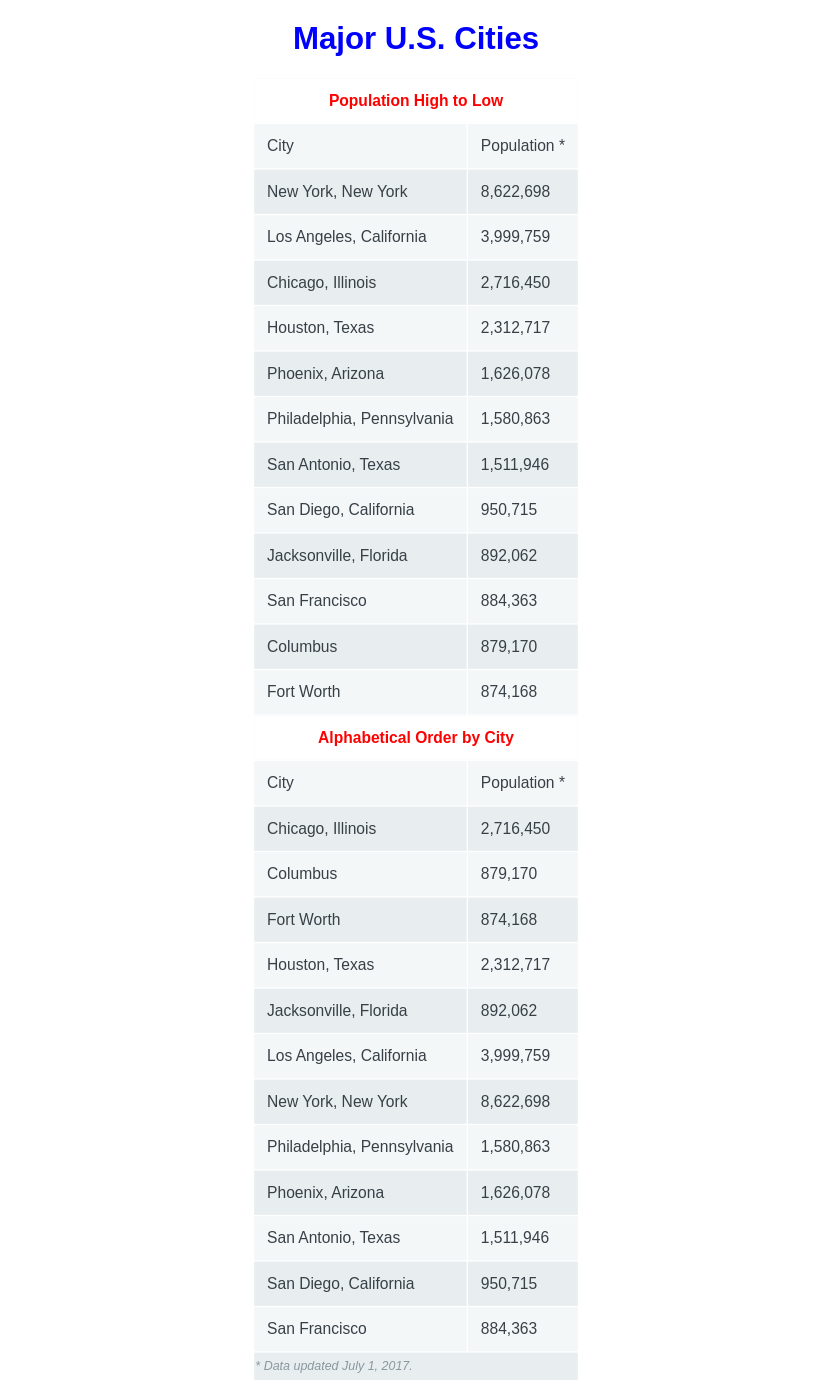
Repository: oduong1/COSW30
Page: http://localhost/homework/hw4/population_array.php
The author's editor kept a record of every edit. The page is drawn from the files as they stood at one moment, then again after the next edit.
The browser window is 1280 px wide. The pictures show the whole page, at 65% of full size.
Some web fonts or font styles are not loaded; a fallback is used. The page is run by PHP 8.4 with error messages shown; the project is at /var/www/html/.

Above is the page before.
Not found: homework/hw4/normalize.css

After the next edit:
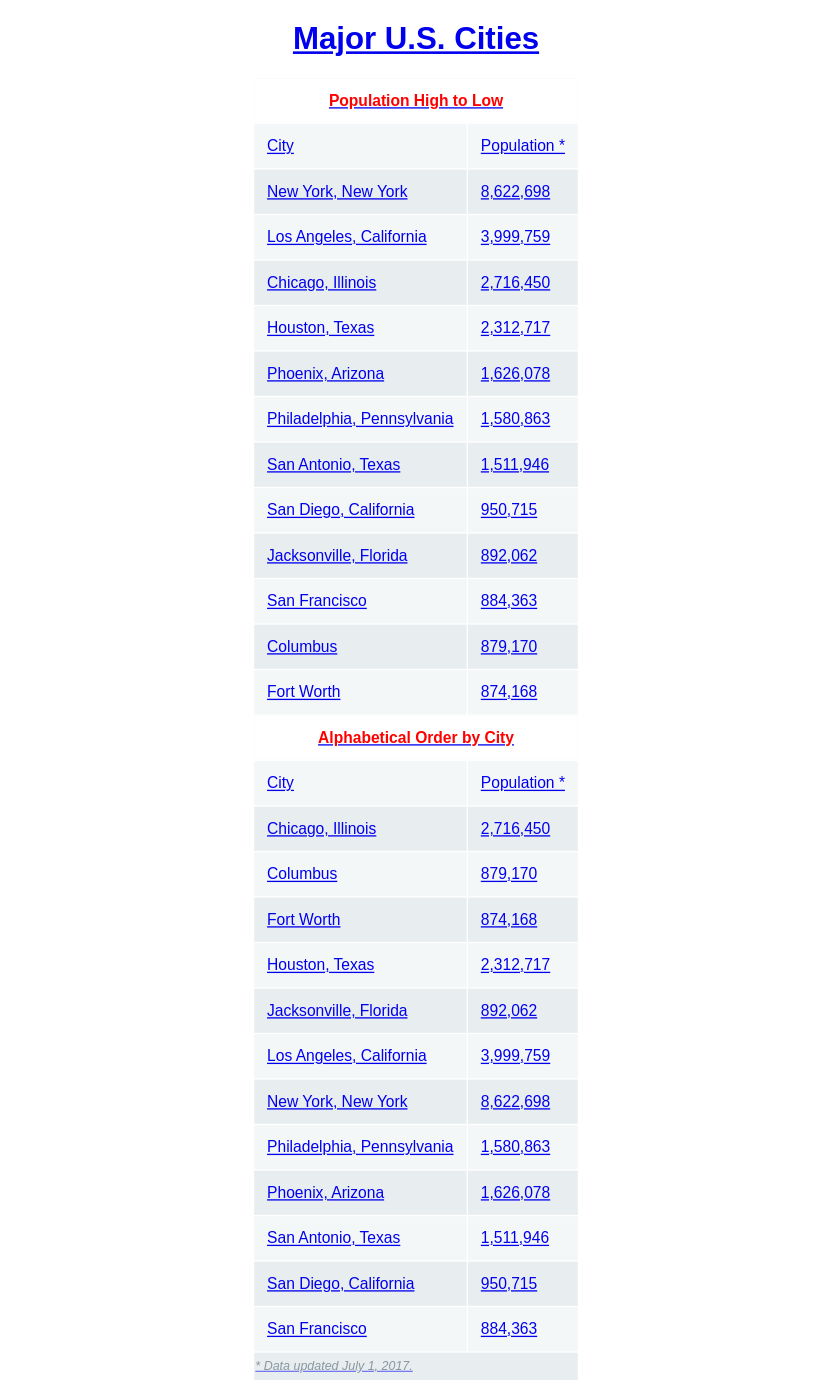
The edit:
--- a/homework/hw4/population_array.php
+++ b/homework/hw4/population_array.php
@@ -10,6 +10,9 @@
     <link rel="stylesheet" href="table.css">
   </head>
   <body >
+
+    <a href="http://cosw30-od.herokuapp.com/homework/hw4/quote.html>Favorite Quote</a>
+    <div>
     <container id="center_a"><h1>Major U.S. Cities</h1></container>
 
       <table>

After the 2 edits that followed:
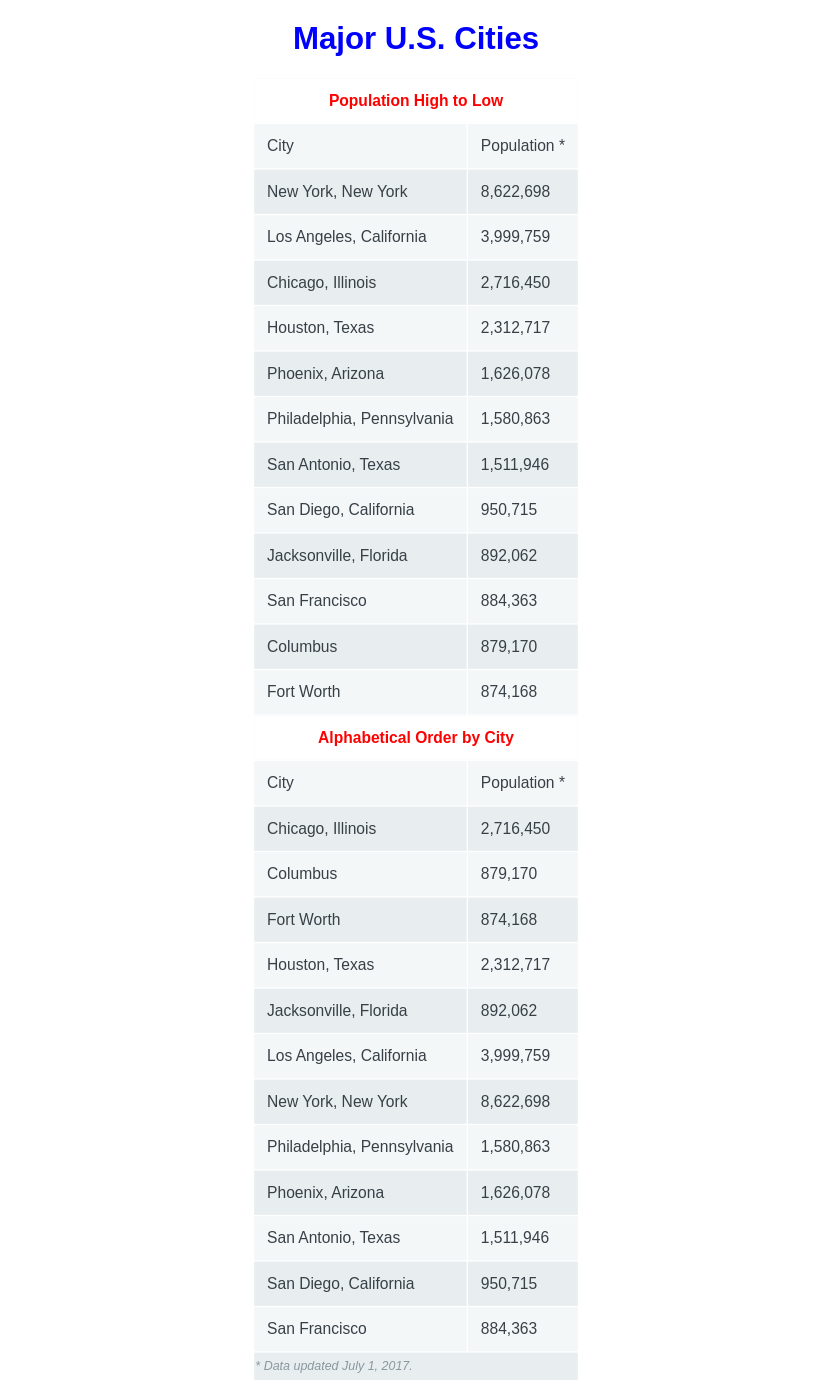
The 2 edits are shown as one change because 1 left the picture as it was.
The edit:
--- a/homework/hw4/population_array.php
+++ b/homework/hw4/population_array.php
@@ -11,7 +11,7 @@
   </head>
   <body >
 
-    <a href="http://cosw30-od.herokuapp.com/homework/hw4/quote.html>Favorite Quote</a>
+
     <div>
     <container id="center_a"><h1>Major U.S. Cities</h1></container>
 
@@ -67,6 +67,6 @@
           </tr>
         </tfoot>
       </table>
-
+    </div>
   </body>
 </html>
